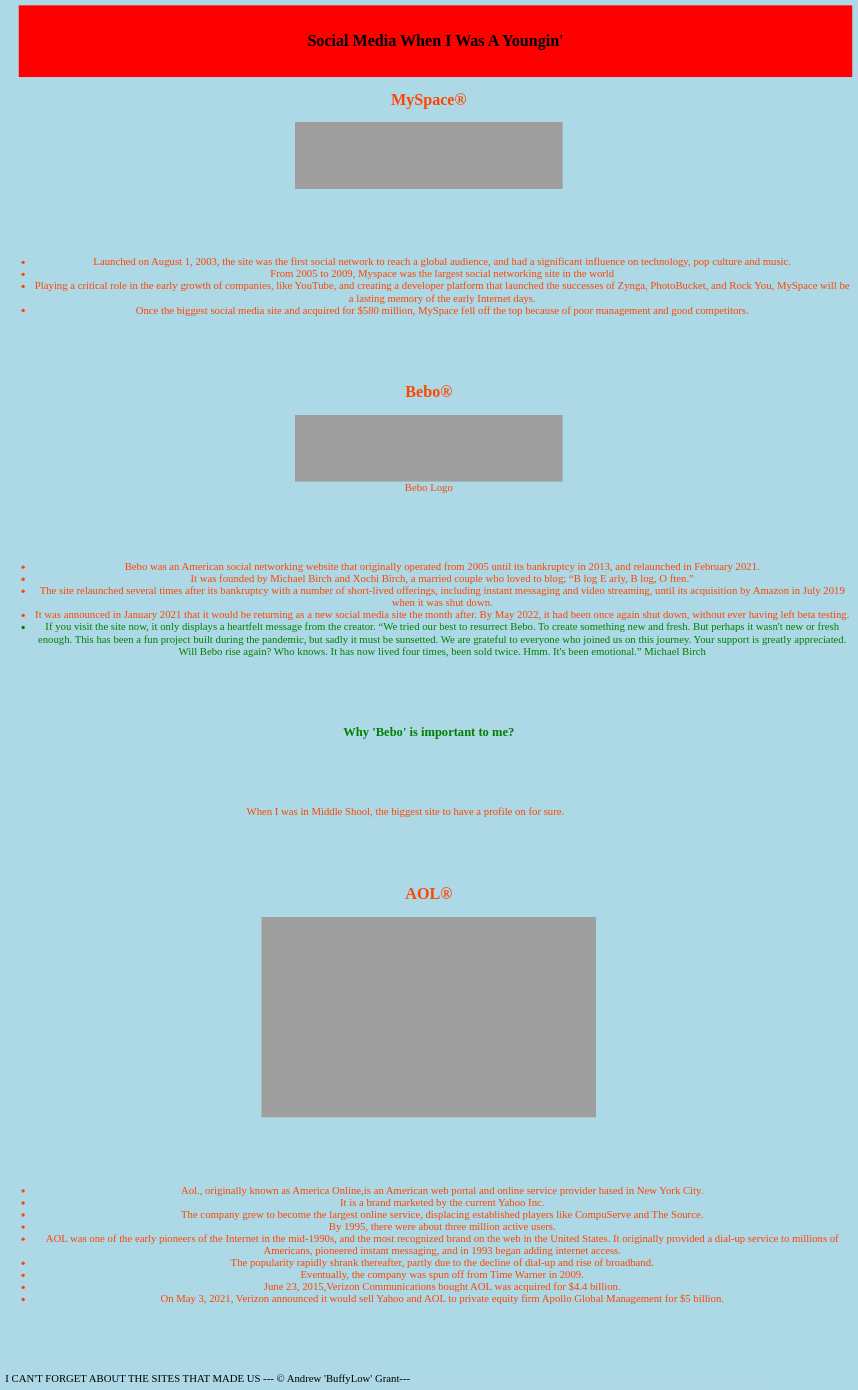
Repository: AndrewGrantt/LC101
Page: LC101/js-assignment-4-html-me-something-buffylow/index.html
The author's editor kept a copy of each file at every save. The page is drawn from the files as they stood at one save, then again after the next save.
The browser window is 1280 px wide. The pictures show the whole page, at 67% of full size.
Pictures or frames that could not be fetched are drawn as grey boxes.

Above is the page before, as saved 2022-07-15 06:28:10.

### LC101/js-assignment-4-html-me-something-buffylow/index.html
<html>
<head>
<title>SOCIAL NETWORKS FOR THE AGES</title>
<link rel="stylesheet" href="styles.css">
</head>
<body>

<article class="all-sites">
   <h1 id="myHeader">Social Media When I Was A Youngin'</h1>
  <article class="sites">

    <h2>MySpace&reg;</h2>
    <img src="/images/MySpace_logo.jpg" alt="MySpace Logo 2004-2010" width="400" height="100">
    <p>
     <ul>
      <li>Launched on August 1, 2003, the site was the first social network to reach a global audience, and had a significant influence on technology, pop culture and music.</li>

      <li>From 2005 to 2009, Myspace was the largest social networking site in the world</li>

      <li>Playing a critical role in the early growth of companies, like YouTube, and creating a developer platform that launched the successes of Zynga, PhotoBucket, and Rock You, MySpace will be a lasting memory of the early Internet days. </li>

      <li> Once the biggest social media site and acquired for $580 million, MySpace fell off the top because of poor management and good competitors. </li>
     </ul>
   </p>

  </article>

  <article class="sites">
    <h2>Bebo&reg;</h2>
    <figure>
      <img src="/images/bebo.jpg" alt="Bebo Logo" width="400" height="100">
      <figcaption>Bebo Logo</a></figcaption>
   </figure>
    <p>
    <ul>
      <li>Bebo was an American social networking website that originally operated from 2005 until its bankruptcy in 2013, and relaunched in February 2021.</li>
          <li>It was founded by Michael Birch and Xochi Birch, a married couple who loved to blog;
          “B log E arly, B log, O ften.” </li>
      <li>The site relaunched several times after its bankruptcy with a number of short-lived offerings, including instant messaging and video streaming, until its acquisition by Amazon in July 2019 when it was shut down. </li>
      <li>It was announced in January 2021 that it would be returning as a new social media site the month after. By May 2022, it had been once again shut down, without ever having left beta testing. </li>
     <li id="testP"> If you visit the site now, it only displays a heartfelt message from the creator.


      “We tried our best to resurrect Bebo.
      To create something new and fresh.
      But perhaps it wasn't new or fresh enough.
      This has been a fun project built during the pandemic, but sadly it must be sunsetted. We are grateful to everyone who joined us on this journey. Your support is greatly appreciated.
      Will Bebo rise again?
      Who knows. It has now lived four times, been sold twice. Hmm.
      It's been emotional.”

      Michael Birch</li>
   </ul>
   </p>
      <h3 id="testP"> Why 'Bebo' is important to me?</h3>
      <p>
         When I was in Middle Shool, the biggest site to have a profile on for sure.
      </p>
  </article>
  <article class="sites">
    <h2>AOL&reg;</h2>
    <img src="/images/AOL.jpg" alt="AOL Logo" width="500" height="300">
    <p>
      <ul>
      <li>Aol., originally known as America Online,is an American web portal and online service provider based in New York City.</li>
      <li>It is a brand marketed by the current Yahoo Inc.</li>
      <li>The company grew to become the largest online service, displacing established players like CompuServe and The Source. </li>
      <li>By 1995, there were about three million active users.</li>
      <li>AOL was one of the early pioneers of the Internet in the mid-1990s, and the most recognized brand on the web in the United States. It originally provided a dial-up service to millions of Americans, pioneered instant messaging, and in 1993 began adding internet access.</li>
       <li>The popularity rapidly shrank thereafter, partly due to the decline of dial-up and rise of broadband.</li>
      <li>Eventually, the company was spun off from Time Warner in 2009.</li>
      <li>June 23, 2015,Verizon Communications bought AOL was acquired for $4.4 billion.</li>
      <li>On May 3, 2021, Verizon announced it would sell Yahoo and AOL to private equity firm Apollo Global Management for $5 billion.</li>
      </ul>
      </p>
  </article>
</article>
<footer>
   I CAN'T FORGET ABOUT THE SITES THAT MADE US

  --- &copy; Andrew 'BuffyLow' Grant---
</footer>
</body>
</html>

### LC101/js-assignment-4-html-me-something-buffylow/styles.css

body {
    background-color: lightblue;
  }

  h1 {
    color: navy;
    margin-left: 20px;
  }

    .sites {
    color: orangered;
    text-align: center;
  }
  p {
    margin-top: 100px;
    margin-bottom: 100px;
    margin-right: 150px;
    margin-left: 80px;

  }
  #myHeader {
    background-color: red;
    color: black;
    padding: 40px;
    text-align: center;}

    #testP{
        color:green;
        text-align:center;
    }

After the next save:
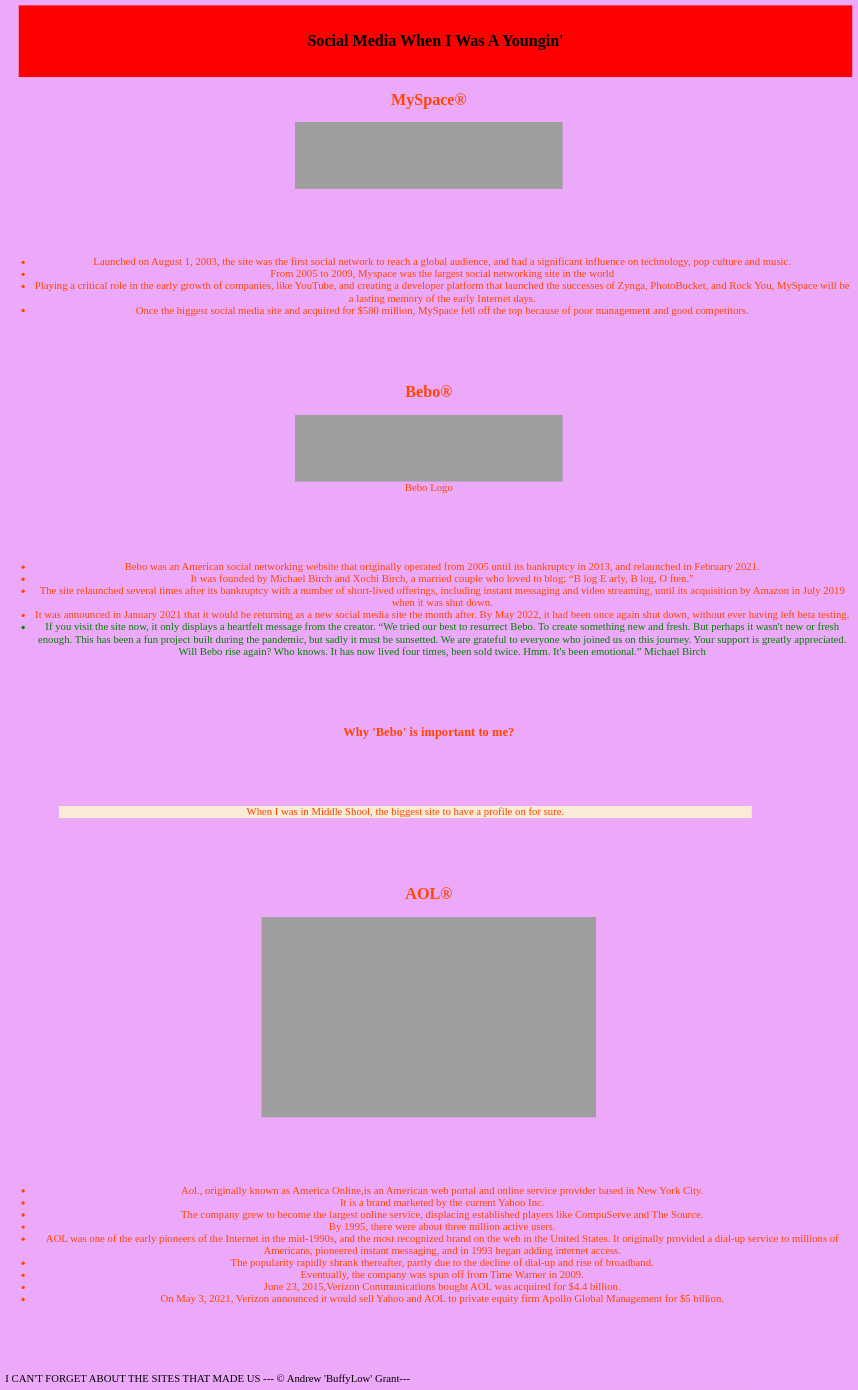
Saved 3 min 1 s later.
--- a/LC101/js-assignment-4-html-me-something-buffylow/index.html
+++ b/LC101/js-assignment-4-html-me-something-buffylow/index.html
@@ -52,7 +52,7 @@
       Michael Birch</li>
    </ul>
    </p>
-      <h3 id="testP"> Why 'Bebo' is important to me?</h3>
+      <h3> Why 'Bebo' is important to me?</h3>
       <p>
          When I was in Middle Shool, the biggest site to have a profile on for sure.
       </p>
--- a/LC101/js-assignment-4-html-me-something-buffylow/styles.css
+++ b/LC101/js-assignment-4-html-me-something-buffylow/styles.css
@@ -1,10 +1,10 @@
 
 body {
-    background-color: lightblue;
+    background-color: rgba(225, 111, 246, 0.595);
   }
 
   h1 {
-    color: navy;
+    color: blueviolet;
     margin-left: 20px;
   }
 
@@ -17,7 +17,7 @@
     margin-bottom: 100px;
     margin-right: 150px;
     margin-left: 80px;
-
+background-color: antiquewhite;
   }
   #myHeader {
     background-color: red;
